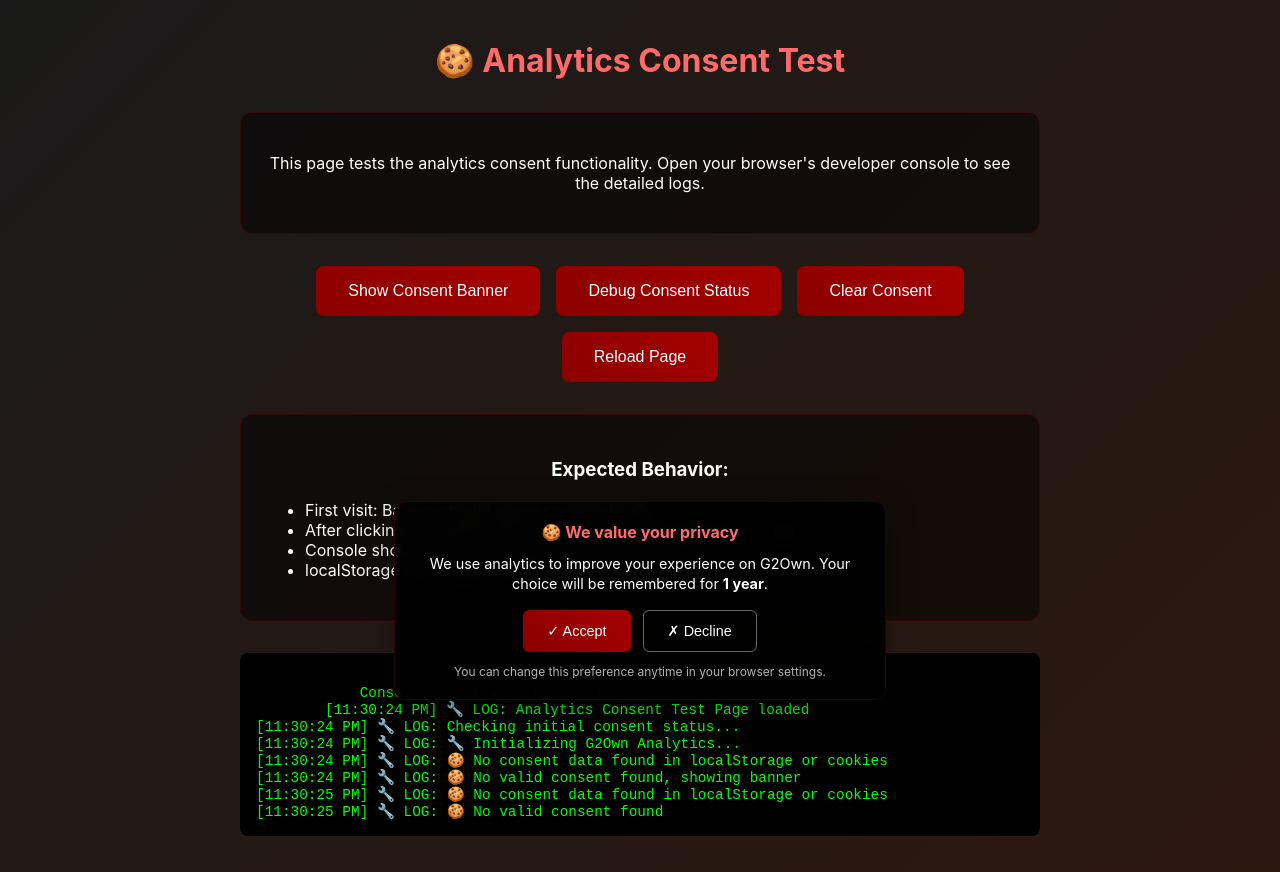
Repository: lowluds/designbykyle.com
Page: demos/g2own-platform/analytics-test.html
These files come from the project's save history. The page is drawn as it stood at one moment and after the next save; the edit follows.
The browser window is 1280 px wide. The pictures show the whole page.

Above is the page before, as saved 2025-06-18 00:18:25.

After the next save:
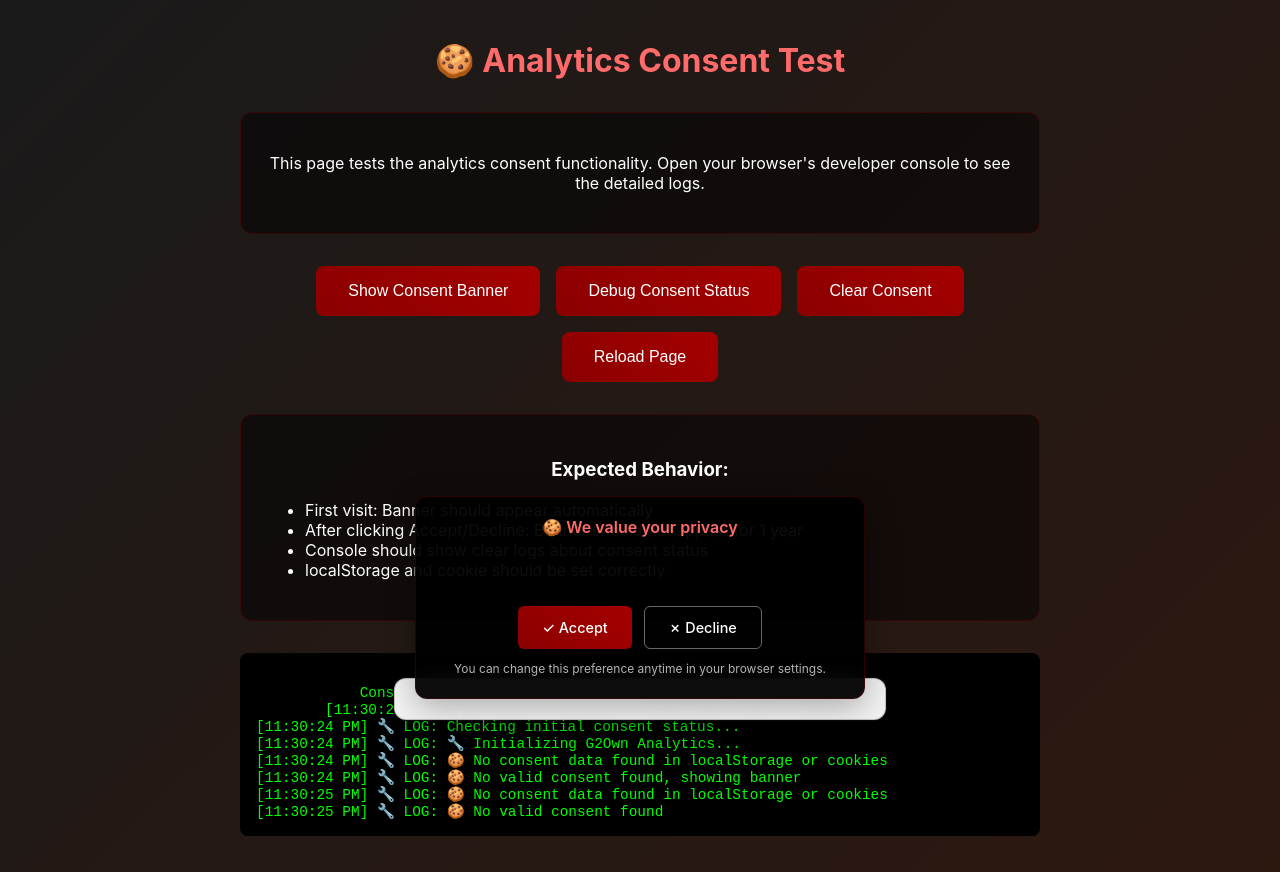
Saved 45 s later.
--- a/demos/g2own-platform/analytics-test.html
+++ b/demos/g2own-platform/analytics-test.html
@@ -2,8 +2,11 @@
 <html lang="en">
 <head>
     <meta charset="UTF-8">
-    <meta name="viewport" content="width=device-width, initial-scale=1.0">
-    <title>Analytics Consent Test - G2Own</title>
+    <meta name="viewport" content="width=device-width, initial-scale=1.0">    <title>Analytics Consent Test - G2Own</title>
+
+    <!-- Analytics Consent Styles -->
+    <link rel="stylesheet" href="assets/css/analytics-consent.css">
+
     <style>
         body {
             font-family: Inter, Arial, sans-serif;
